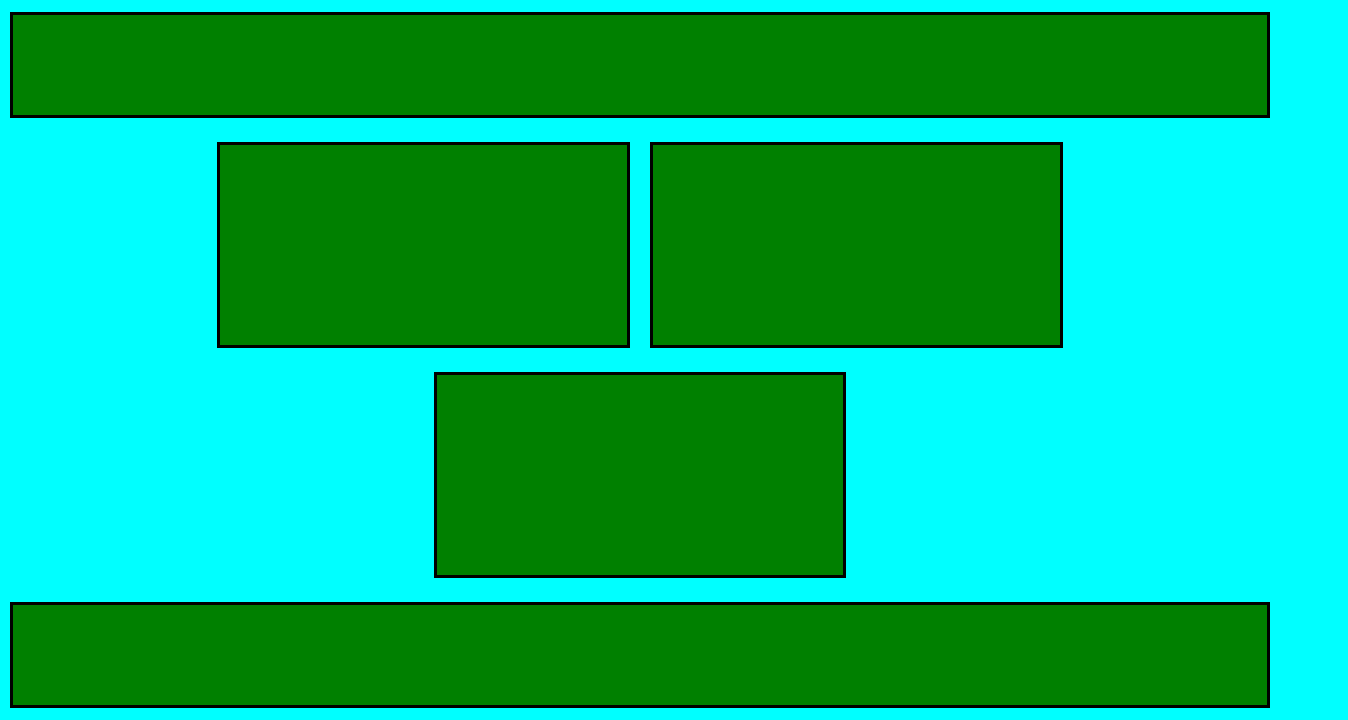
Repository: tianjiewang2022/tianjiewang2022.github.io
Page: index.html
An editor plug-in stored every save of this project. The page is shown before and after the next save, followed by the edit.
The browser window is 1280 px wide. The page is 1280 px wide, then 1348 px, so the pictures cover 1348 px, including what lies to the right of the window. The pictures show the whole page.

Above is the page before, as saved 2023-10-03 19:26:25.

After the next save:
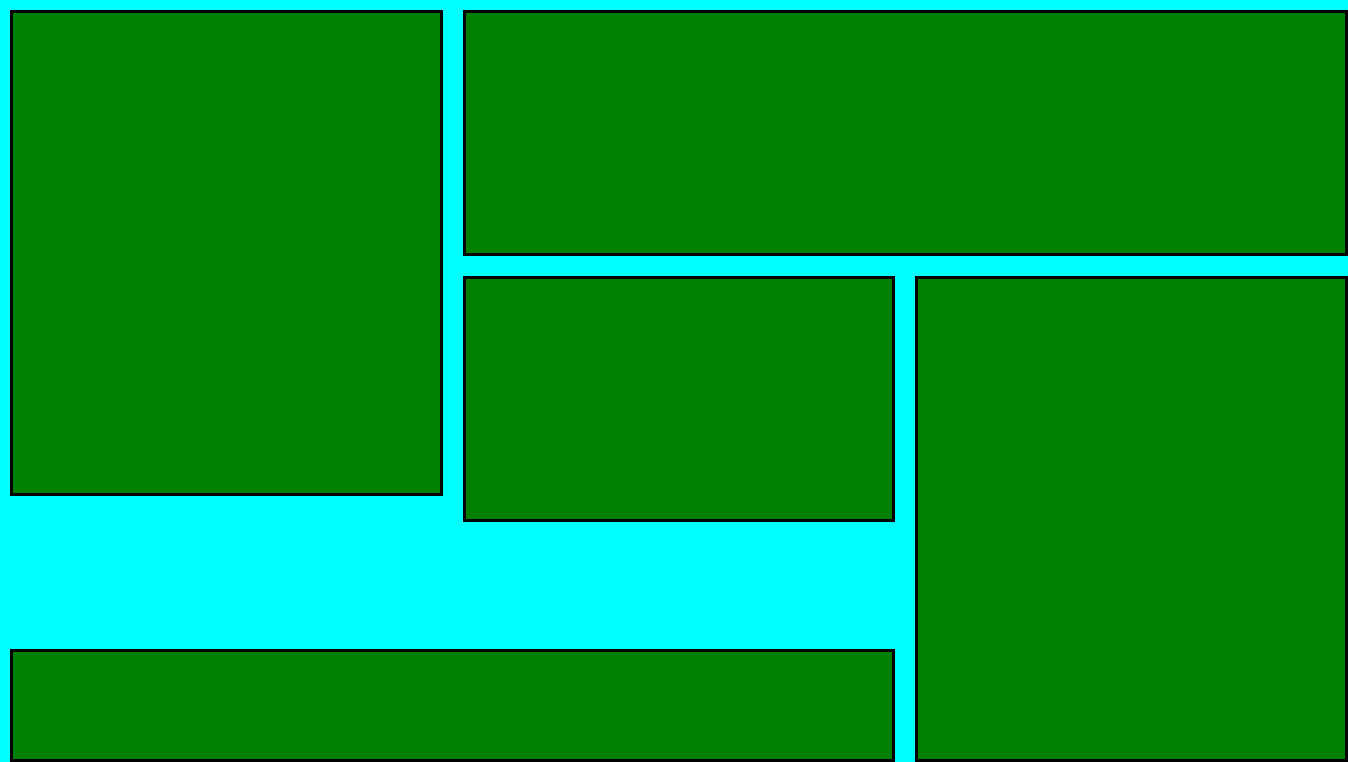
Saved 5 s later.
--- a/index.html
+++ b/index.html
@@ -9,47 +9,97 @@
             body {
                 margin: 0;
                 padding: 0;
-                display: flex;
-                flex-wrap: wrap;
-                justify-content: center;
-                align-items: center;
-                min-height: 100vh;
+                display: grid;
+                /* grid-template-rows: repeat(3, 1fr);
+                grid-template-columns: repeat(3, 1fr); */
+                height: 100vh;
                 background-color: aqua;
             }
 
-            .component {
+            header {
                 background-color: green;
+                color: rgb(0, 0, 0);
+                grid-column: 2 / span 2;
+                grid-row: 1 / span 1;
+                display: flex;
+                justify-content: center;
+                align-items: center;
+                font-size: 40px;
+                z-index: 100;
+                height: calc(100vh / 3);
+                /* Set the height of the header */
+
                 border: 3px solid black;
                 margin: 10px;
             }
 
-            header,
-            footer {
-                flex-basis: 100%;
-                height: 100px;
-                /* Set your desired height */
+            .left_bar {
+                background-color: green;
+                grid-row: 1 / span 2;
+                grid-column: 1 / span 1;
+                height: calc(2 * (100vh / 3));
+                /* Set the height of the left bar */
+                width: calc(1 * (100vw / 3));
+                /* Set the width of the left bar */
+                /* Position the left bar at the left side */
+                border: 3px solid black;
+                margin: 10px;
             }
 
-            .left_bar,
-            .main_area,
+            .main_area {
+                background-color: green;
+                grid-row: 2 / span 1;
+                grid-column: 2 / span 1;
+                display: flex;
+                grid-template-columns: 1fr;
+                flex-wrap: wrap;
+                justify-content: center;
+                position: relative;
+                height: calc(1 * (100vh / 3));
+                width: calc(1 * (100vw / 3));
+                align-items: center;
+                border: 3px solid black;
+                margin: 10px;
+            }
+
             .right_bar {
-                flex-basis: calc(33.33% - 20px);
-                /* Adjust as needed */
-                height: 200px;
-                /* Set your desired height */
-                width: 200px;
-                /* Set your desired width */
+                background-color: green;
+                grid-row: 2 / span 2;
+                grid-column: 3 / span 1;
+                height: calc(2 * (100vh / 3));
+                /* Set the height of the left bar */
+                width: calc(1 * (100vw / 3));
+                /* Set the width of the left bar */
+                /* Position the left bar at the left side */
+                border: 3px solid black;
+                margin: 10px;
+            }
+
+            footer {
+                background-color: green;
+                grid-column: 1 / span 2;
+                grid-row: 3 / span 1;
+                /* Place the footer in the last row */
+                display: flex;
+                justify-content: center;
+                align-items: center;
+                z-index: 100;
+                /* Set the height of the footer */
+                border: 3px solid black;
+                margin: 10px;
             }
         </style>
     </head>
 
     <body>
-        <header class="component"></header>
+        <header></header>
         <!-- Your content goes here -->
-        <div class="left_bar component"></div>
-        <div class="main_area component"></div>
-        <div class="right_bar component"></div>
-        <footer class="component"></footer>
+        <span class="left_bar"></span>
+        <span class="main_area"> <!-- Centered box -->
+        </span>
+        <span class="right_bar"></span>
+
+        <footer></footer>
     </body>
 
 </html>
